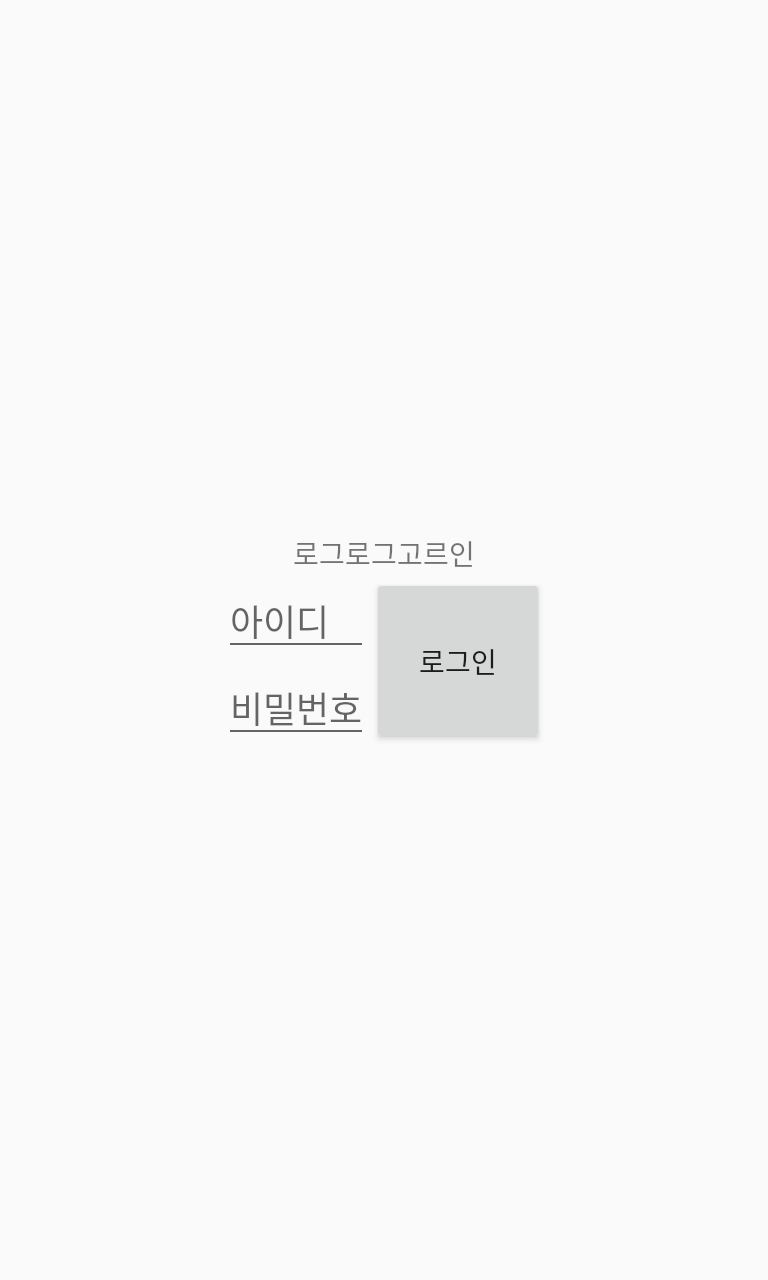
Repository: tae-jun/android
Layout: h1024_MulitipleActivities/res/layout/activity_main.xml
An editor plug-in stored every save of this project. The layout is shown before and after the next save, followed by the edit.
It is drawn on a 768 x 1280 px phone screen (xhdpi) without system bars, with theme AppTheme; the app's code is not run.

Above is the layout before, as saved 2014-10-23 14:32:38.

After the next save:
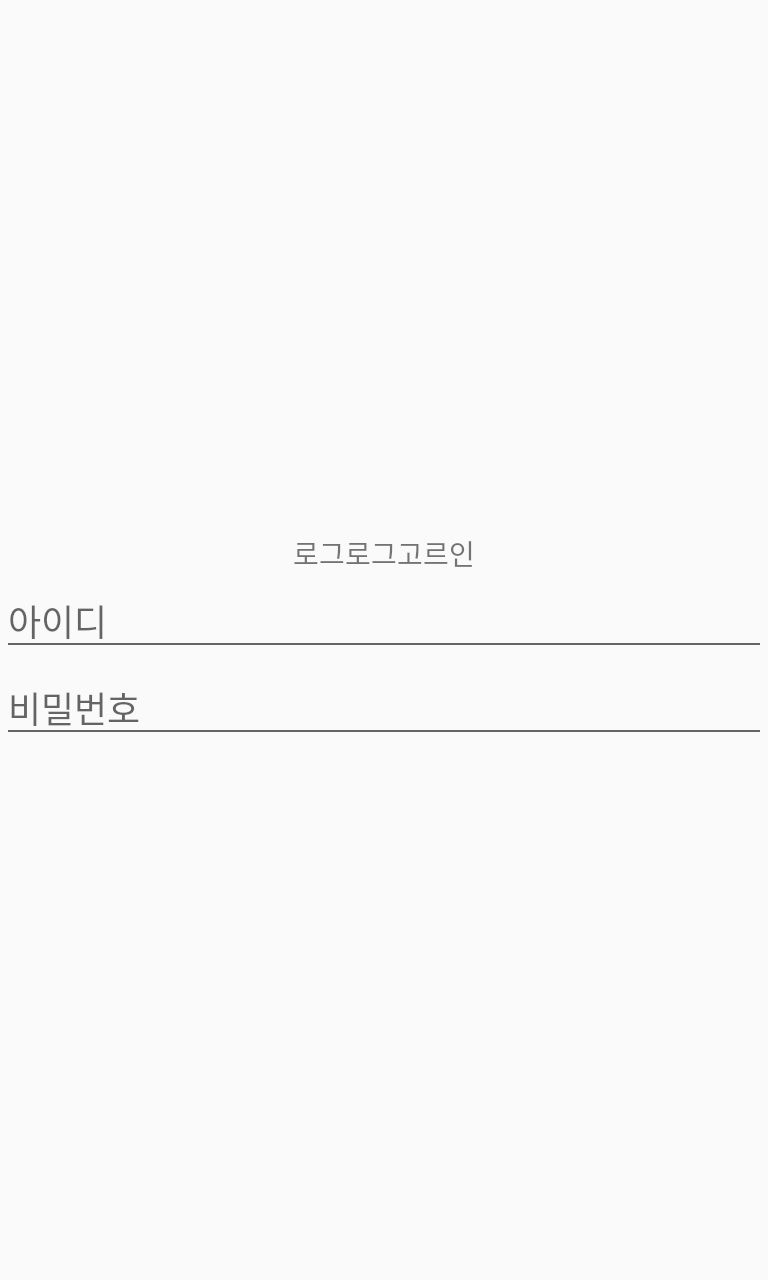
Saved 49 s later.
--- a/h1024_MulitipleActivities/res/layout/activity_main.xml
+++ b/h1024_MulitipleActivities/res/layout/activity_main.xml
@@ -15,12 +15,11 @@
     <LinearLayout
         android:layout_width="match_parent"
         android:layout_height="wrap_content"
-        android:layout_gravity="center_horizontal"
         android:gravity="center_horizontal"
         android:orientation="horizontal" >
 
         <LinearLayout
-            android:layout_width="wrap_content"
+            android:layout_width="match_parent"
             android:layout_height="wrap_content"
             android:orientation="vertical" >
 
